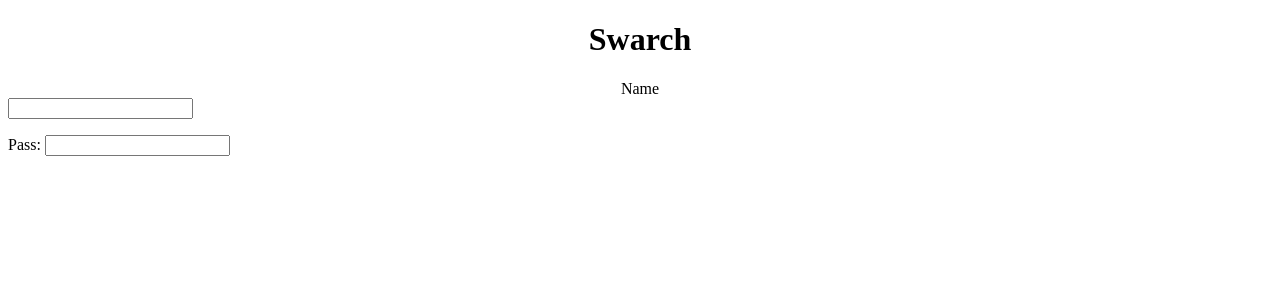
Repository: putty174/Swarch
Page: Swarch/index.htm
These files come from the project's save history. The page is drawn as it stood at one moment and after the next save; the edit follows.
The browser window is 1280 px wide. The pictures show the whole page.

Above is the page before, as saved 2014-04-12 05:58:35.

After the next save:
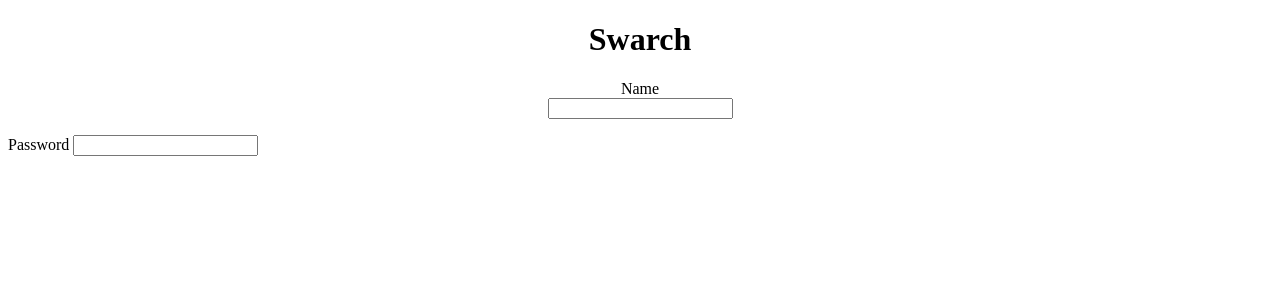
Saved 31 s later.
--- a/Swarch/index.htm
+++ b/Swarch/index.htm
@@ -14,8 +14,9 @@ function getInfo()
 <body>
 <h1><center>Swarch</center></h1>
 <center>Name</center>
-<input type='text' id="NAME">
-<p>Pass: <input type='text' id="PASS"></p>
+<center><input type='text' id="NAME"></center>
+<p>Password</center>
+<input type='text' id="PASS"></center>
 <script src="swarch.js"></script>
 </body>
 </html>
